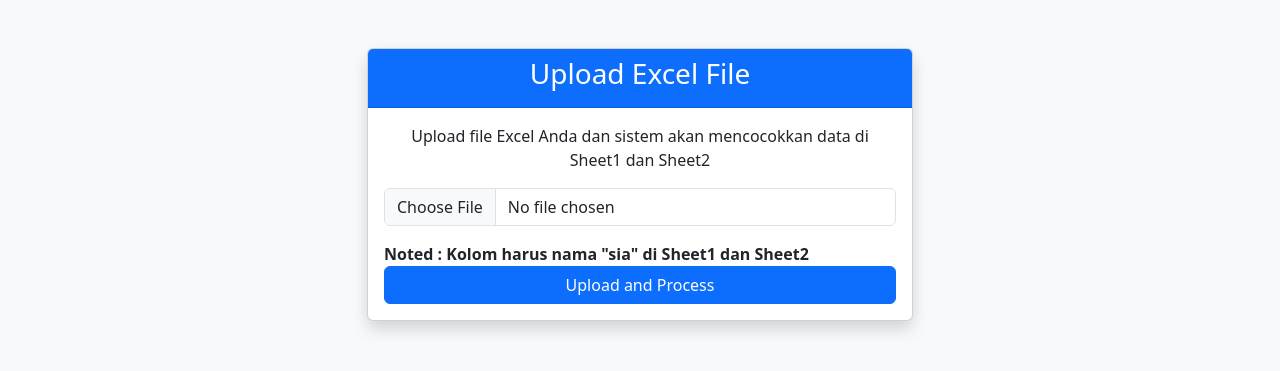
Repository: fatur04/Excel-Matching-Web-App
Page: http://localhost/
These files come from the project's save history. The page is drawn as it stood at one moment and after the next save; the edit follows.
The browser window is 1280 px wide. The pictures show the whole page.
The page is served by the project's application, run on Flask 3 (app.py).

Above is the page before, as saved 2024-11-04 21:51:30.

After the next save:
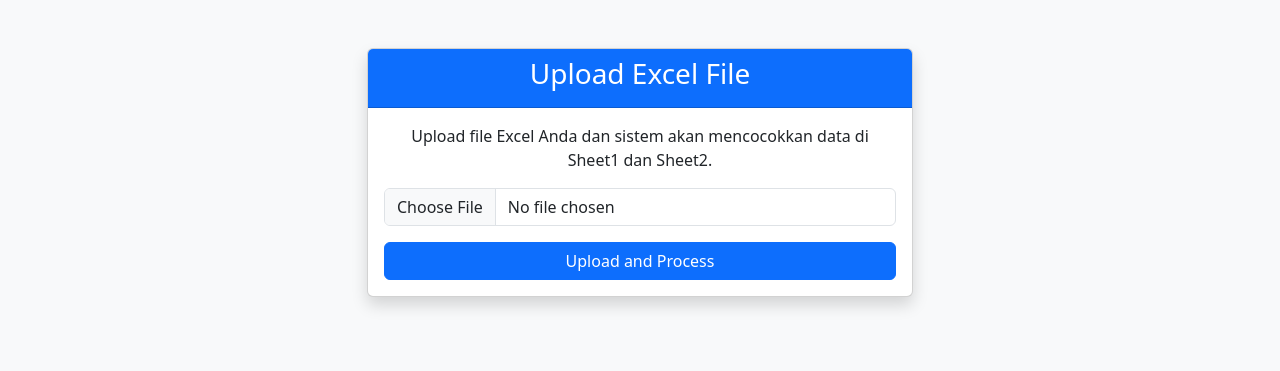
Saved 88 s later.
--- a/templates/index.html
+++ b/templates/index.html
@@ -6,6 +6,29 @@
     <title>Excel Matching Web App</title>
     <!-- Bootstrap CSS -->
     <link href="https://cdn.jsdelivr.net/npm/bootstrap@5.3.0/dist/css/bootstrap.min.css" rel="stylesheet">
+    <style>
+        /* CSS untuk loading spinner */
+        #loading {
+            display: none;
+            position: absolute;
+            top: 50%;
+            left: 50%;
+            transform: translate(-50%, -50%);
+            text-align: center;
+            z-index: 1000;
+            opacity: 0;
+            transition: opacity 0.5s ease;
+        }
+        #loading.show {
+            display: block;
+            opacity: 1;
+        }
+        .spinner-border {
+            width: 3rem;
+            height: 3rem;
+            border-width: 0.3em;
+        }
+    </style>
 </head>
 <body class="bg-light">
     <div class="container py-5">
@@ -15,20 +38,19 @@
                     <div class="card-header bg-primary text-white text-center">
                         <h3>Upload Excel File</h3>
                     </div>
-                    <div class="card-body">
-                        <p class="text-center">Upload file Excel Anda dan sistem akan mencocokkan data di Sheet1 dan Sheet2</p>
+                    <div class="card-body position-relative">
+                        <p class="text-center">Upload file Excel Anda dan sistem akan mencocokkan data di Sheet1 dan Sheet2.</p>
                         <form id="uploadForm" action="/upload" method="POST" enctype="multipart/form-data">
                             <div class="mb-3">
                                 <input type="file" name="file" accept=".xlsx" class="form-control" required>
                             </div>
-                            <b class="text-center">Noted : Kolom harus nama "sia" di Sheet1 dan Sheet2</b>
                             <div class="d-grid">
                                 <button type="submit" class="btn btn-primary">Upload and Process</button>
                             </div>
                         </form>
 
                         <!-- Loading Spinner -->
-                        <div id="loading" class="text-center mt-3" style="display: none;">
+                        <div id="loading">
                             <div class="spinner-border text-primary" role="status">
                                 <span class="visually-hidden">Loading...</span>
                             </div>
@@ -45,8 +67,9 @@
     <script>
         // JavaScript untuk menampilkan loading spinner saat form disubmit
         document.getElementById('uploadForm').addEventListener('submit', function () {
-            // Tampilkan elemen loading
-            document.getElementById('loading').style.display = 'block';
+            // Tampilkan elemen loading dengan efek
+            const loading = document.getElementById('loading');
+            loading.classList.add('show');
             // Nonaktifkan tombol submit untuk mencegah pengiriman ganda
             this.querySelector('button[type="submit"]').disabled = true;
         });

After the save that followed:
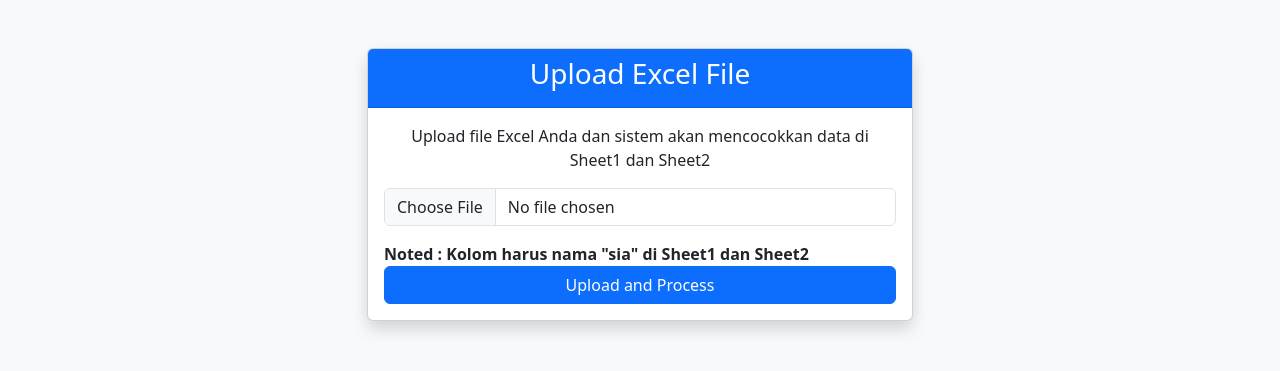
Saved 19 s later.
--- a/templates/index.html
+++ b/templates/index.html
@@ -6,29 +6,6 @@
     <title>Excel Matching Web App</title>
     <!-- Bootstrap CSS -->
     <link href="https://cdn.jsdelivr.net/npm/bootstrap@5.3.0/dist/css/bootstrap.min.css" rel="stylesheet">
-    <style>
-        /* CSS untuk loading spinner */
-        #loading {
-            display: none;
-            position: absolute;
-            top: 50%;
-            left: 50%;
-            transform: translate(-50%, -50%);
-            text-align: center;
-            z-index: 1000;
-            opacity: 0;
-            transition: opacity 0.5s ease;
-        }
-        #loading.show {
-            display: block;
-            opacity: 1;
-        }
-        .spinner-border {
-            width: 3rem;
-            height: 3rem;
-            border-width: 0.3em;
-        }
-    </style>
 </head>
 <body class="bg-light">
     <div class="container py-5">
@@ -38,19 +15,20 @@
                     <div class="card-header bg-primary text-white text-center">
                         <h3>Upload Excel File</h3>
                     </div>
-                    <div class="card-body position-relative">
-                        <p class="text-center">Upload file Excel Anda dan sistem akan mencocokkan data di Sheet1 dan Sheet2.</p>
+                    <div class="card-body">
+                        <p class="text-center">Upload file Excel Anda dan sistem akan mencocokkan data di Sheet1 dan Sheet2</p>
                         <form id="uploadForm" action="/upload" method="POST" enctype="multipart/form-data">
                             <div class="mb-3">
                                 <input type="file" name="file" accept=".xlsx" class="form-control" required>
                             </div>
+                            <b class="text-center">Noted : Kolom harus nama "sia" di Sheet1 dan Sheet2</b>
                             <div class="d-grid">
                                 <button type="submit" class="btn btn-primary">Upload and Process</button>
                             </div>
                         </form>
 
                         <!-- Loading Spinner -->
-                        <div id="loading">
+                        <div id="loading" class="text-center mt-3" style="display: none;">
                             <div class="spinner-border text-primary" role="status">
                                 <span class="visually-hidden">Loading...</span>
                             </div>
@@ -67,9 +45,8 @@
     <script>
         // JavaScript untuk menampilkan loading spinner saat form disubmit
         document.getElementById('uploadForm').addEventListener('submit', function () {
-            // Tampilkan elemen loading dengan efek
-            const loading = document.getElementById('loading');
-            loading.classList.add('show');
+            // Tampilkan elemen loading
+            document.getElementById('loading').style.display = 'block';
             // Nonaktifkan tombol submit untuk mencegah pengiriman ganda
             this.querySelector('button[type="submit"]').disabled = true;
         });
